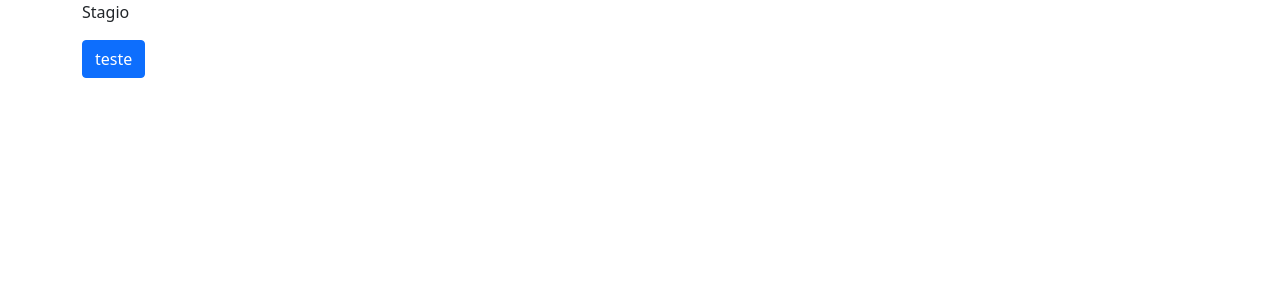
Repository: telesbp/Projeto-4-e-Projeto-5
Page: / (app in front-end/)
These files come from the project's save history. The page is drawn as it stood at one moment and after the next save; the edit follows.
The browser window is 1280 px wide. The pictures show the whole page.
The project was rebuilt for these pictures with package versions that can differ from the ones it lists, and the page was loaded fresh each time.

Above is the page before, as saved 2022-07-17 13:24:20.

After the next save:
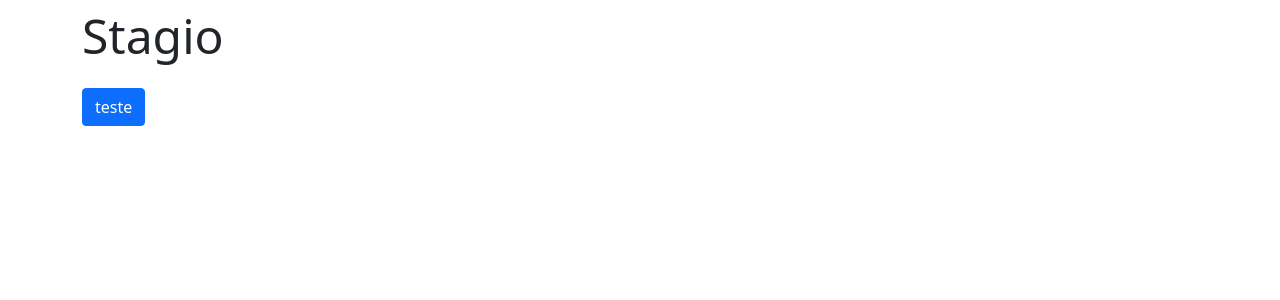
Saved 53 s later.
--- a/front-end/src/views/Home/index.tsx
+++ b/front-end/src/views/Home/index.tsx
@@ -4,7 +4,7 @@ import styled from "styled-components";
 export function HomeView(){
     return(
     <Container>
-        <p>Stagio</p>
+        <Title>Stagio</Title>
         <Button>teste</Button>
     </Container>
     )
